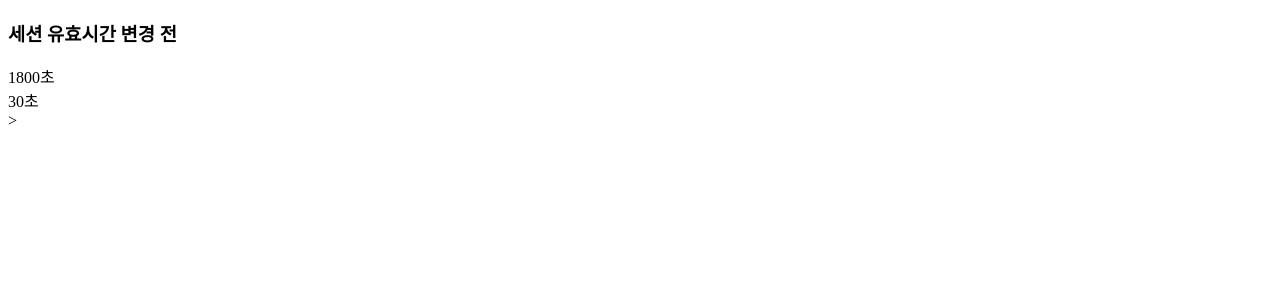
Repository: Leesuhwan1445/jspworks
Page: http://localhost/jweb01/session/timeout.jsp
The author's editor kept a copy of each file at every save. The page is drawn from the files as they stood at one save, then again after a run of saves.
The browser window is 1280 px wide. The pictures show the whole page.
The page is served by Tomcat 10. Other server files are loaded and not shown.

Above is the page before, as saved 2025-10-13 02:53:22.

### jweb01/src/main/webapp/session/timeout.jsp
<%@ page language="java" contentType="text/html; charset=UTF-8"
    pageEncoding="UTF-8"%>
<!DOCTYPE html>
<html>
<head>
<meta charset="UTF-8">
<title>세션 유효시간 설정</title>
</head>
<body>
<h3> 세션 유효시간 변경 전</h3>

<%

	//30 * 60 = 180초
	int time = session.getMaxInactiveInterval();
	out.println(time + "초<br>");


	time = time / 60;
	out.println(time+ "초<br>");

%>>
</body>
</html>

After the next 2 saves:
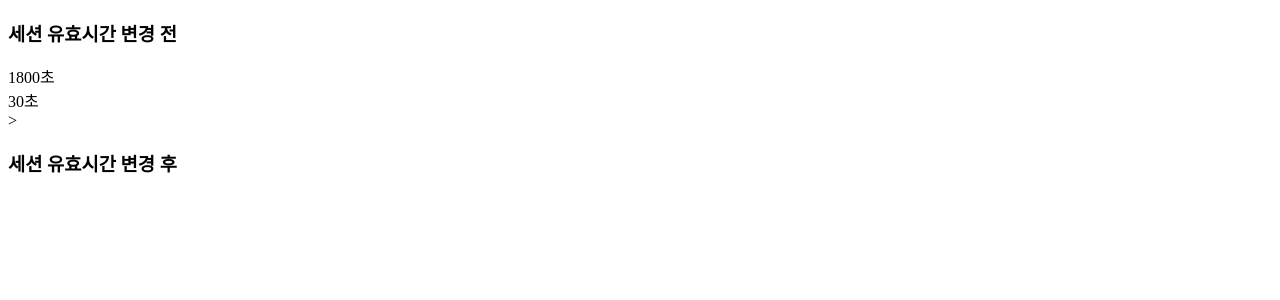
The 2 saves are shown as one change because they came seconds apart.
The last was saved 30 s later.
--- a/jweb01/src/main/webapp/session/timeout.jsp
+++ b/jweb01/src/main/webapp/session/timeout.jsp
@@ -20,5 +20,7 @@
 	out.println(time+ "초<br>");
 
 %>>
+
+<h3>세션 유효시간 변경 후</h3>
 </body>
 </html>
